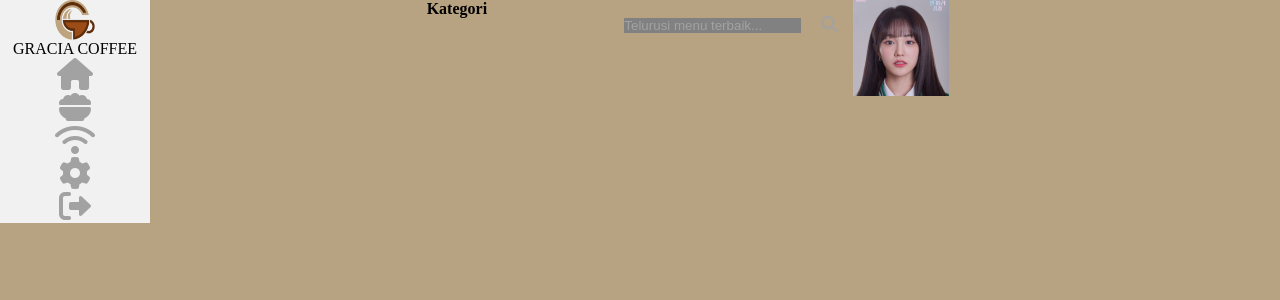
Repository: DanielChuaaa/sbd2
Page: index.html
These files come from the project's save history. The page is drawn as it stood at one moment and after the next save; the edit follows.
The browser window is 1280 px wide. The pictures show the whole page.
Some web libraries are served in a nearby version.

Above is the page before, as saved 2023-10-20 10:18:54.

### index.html
<!DOCTYPE html>
<html lang="en">
<head>
    <meta charset="UTF-8">
    <meta name="viewport" content="width=device-width, initial-scale=1.0">
    <title>Document</title>
    <link href="https://fonts.googleapis.com/css2?family=Roboto+Mono:wght@400;600;700&display=swap" rel="stylesheet" />
    <link
      rel="stylesheet"
      href="https://cdnjs.cloudflare.com/ajax/libs/font-awesome/6.1.2/css/all.min.css"
      integrity="sha512-1sCRPdkRXhBV2PBLUdRb4tMg1w2YPf37qatUFeS7zlBy7jJI8Lf4VHwWfZZfpXtYSLy85pkm9GaYVYMfw5BC1A=="
      crossorigin="anonymous"
      referrerpolicy="no-referrer"
    />
    <link rel="stylesheet" href="style.css">
</head>
<body>
    <div class="container">
        <div class="grid-wrapper">
            <div class="icon">
                <img src="/assets/logo projek SBD 1.png" width="40px" height="40px" alt="logo">
                <p>GRACIA COFFEE</p>
                <a href="#"><i class="fa-solid fa-house fa-2xl"></i></a>
                <a href="#"><i class="fa-solid fa-bowl-food fa-2xl"></i></a>
                <a href="#"><i class="fa-solid fa-wifi fa-2xl"></i></a>
                <a href="#"><i class="fa-solid fa-gear fa-2xl"></i></a>
                <a href="#"><i class="fa-solid fa-right-from-bracket fa-2xl"></i></a>
            </div>

            <div class="content">
                <div class="nav">
                    <h4>Kategori</h4>
                    <div class="inputWrapper">
                        <input type="text" name="text" id="text" class="input" placeholder="Telurusi menu terbaik...">
                        <i class="fa-solid fa-magnifying-glass"></i>
                    </div>
                </div>

                <div class="menu"></div>
            </div>

            <div class="order">
                <img src="/assets/g_8___8_idola_cantik_berbakat_alumni_sm_entertainment_yang_sudah_debut_di_girlgroup_agensi_lain_p_eks_sm_trainee-20220408-001-non_fotografer_kly 1.png" alt="">
            </div>
        </div>
    </div>
</body>
</html>

### style.css
:root{
    --clr-primary-100: #B7A281;

    --clr-neutral-100: #818181;
    --clr-neutral-200: #A2A2A2;
    --clr-neutral-300: #D9D9D9;
    --clr-neutral-400: #F8F8F8;
    --clr-neutral-500:  #f1f1f1;

    --ff: "Roboto Mono", monospace;

    --fw-regular: 400;
    --fw-semi-bold: 600;
    --fw-bold: 700;
}

*{
    box-sizing: border-box;
    margin: 0;
    padding: 0;
}

body{
    background-color: #B7A281;
}

.grid-wrapper{
    display: grid;
    grid-template-columns: 1fr 1fr 1fr;
}

.icon{
    background: var(--clr-neutral-500);

    display: flex;
    flex-direction: column;
    justify-content: space-evenly;
    align-items: center;
    max-width: 150px;
}

.fa-solid{
    color: var(--clr-neutral-200);
    padding: 1rem;
}

.nav{
    display: flex;
    justify-content: space-between;
}

.input{
    background: var(--clr-neutral-100);

    border: none;

}

::placeholder{
    color: var(--clr-neutral-200);
}

After the next save:
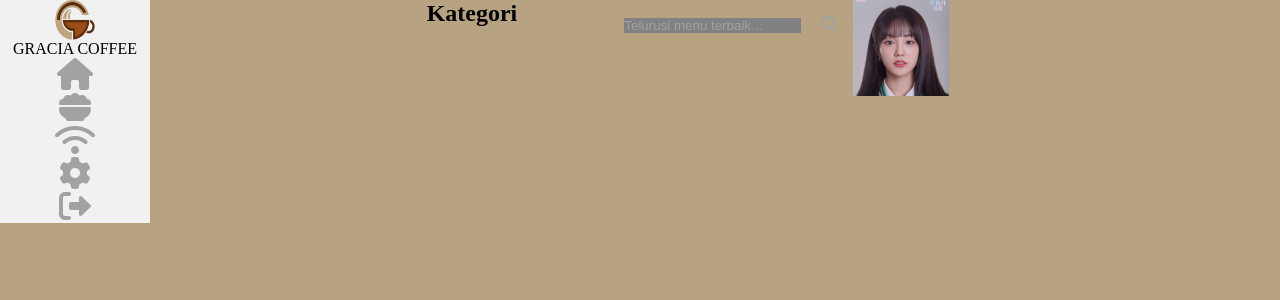
Saved 18 s later.
--- a/index.html
+++ b/index.html
@@ -29,7 +29,7 @@
 
             <div class="content">
                 <div class="nav">
-                    <h4>Kategori</h4>
+                    <h2>Kategori</h2>
                     <div class="inputWrapper">
                         <input type="text" name="text" id="text" class="input" placeholder="Telurusi menu terbaik...">
                         <i class="fa-solid fa-magnifying-glass"></i>
